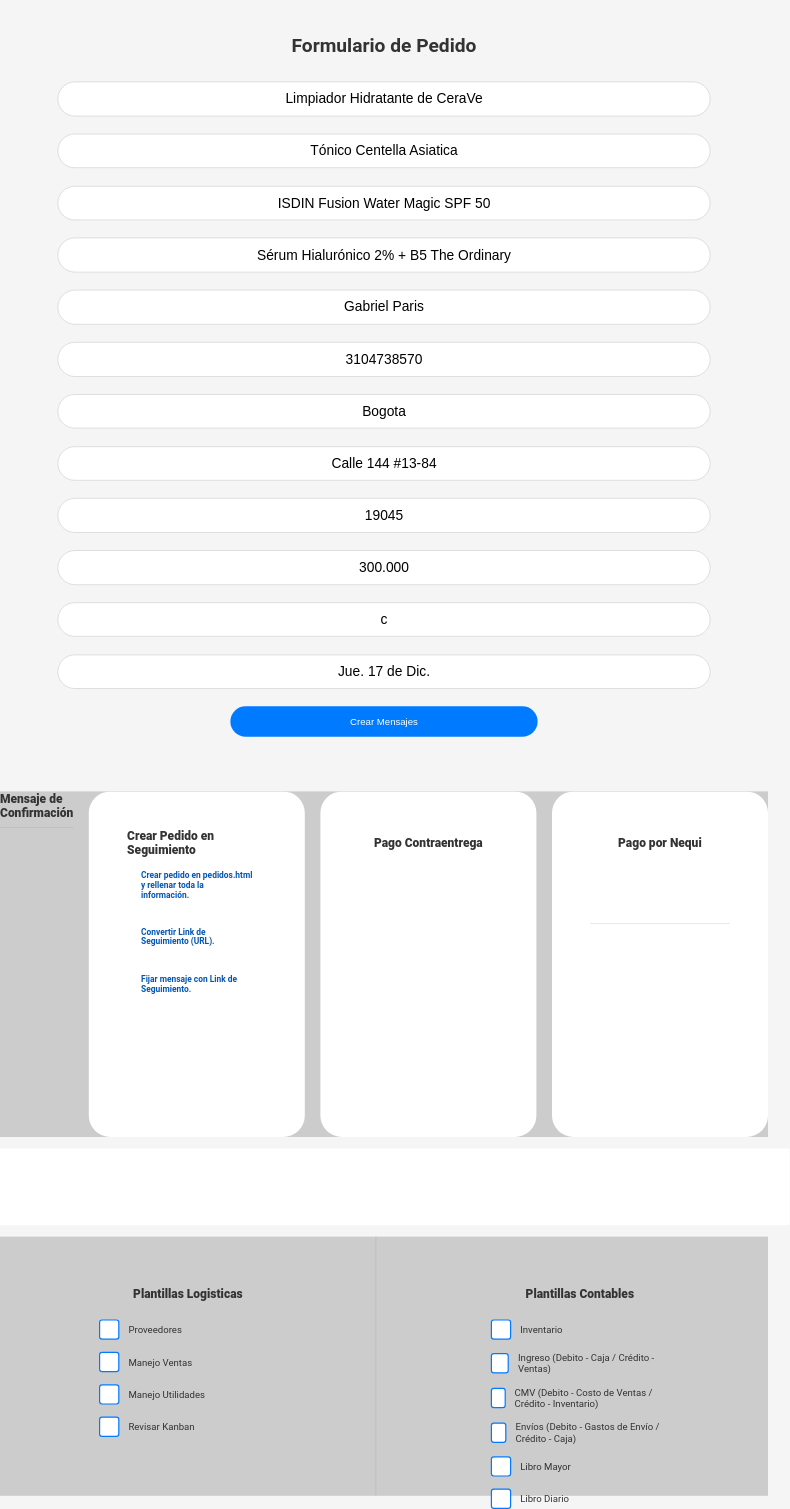
Repository: aCoupon0/intranet
Page: 1/venta-1.html
An editor plug-in stored every save of this project. The page is shown before and after the next save, followed by the edit.
The browser window is 1280 px wide. The page is 1316 px wide, so the pictures cover 1316 px, including what lies to the right of the window. The pictures show the whole page, at 60% of full size.

Above is the page before, as saved 2024-12-13 13:29:43.

After the next save:
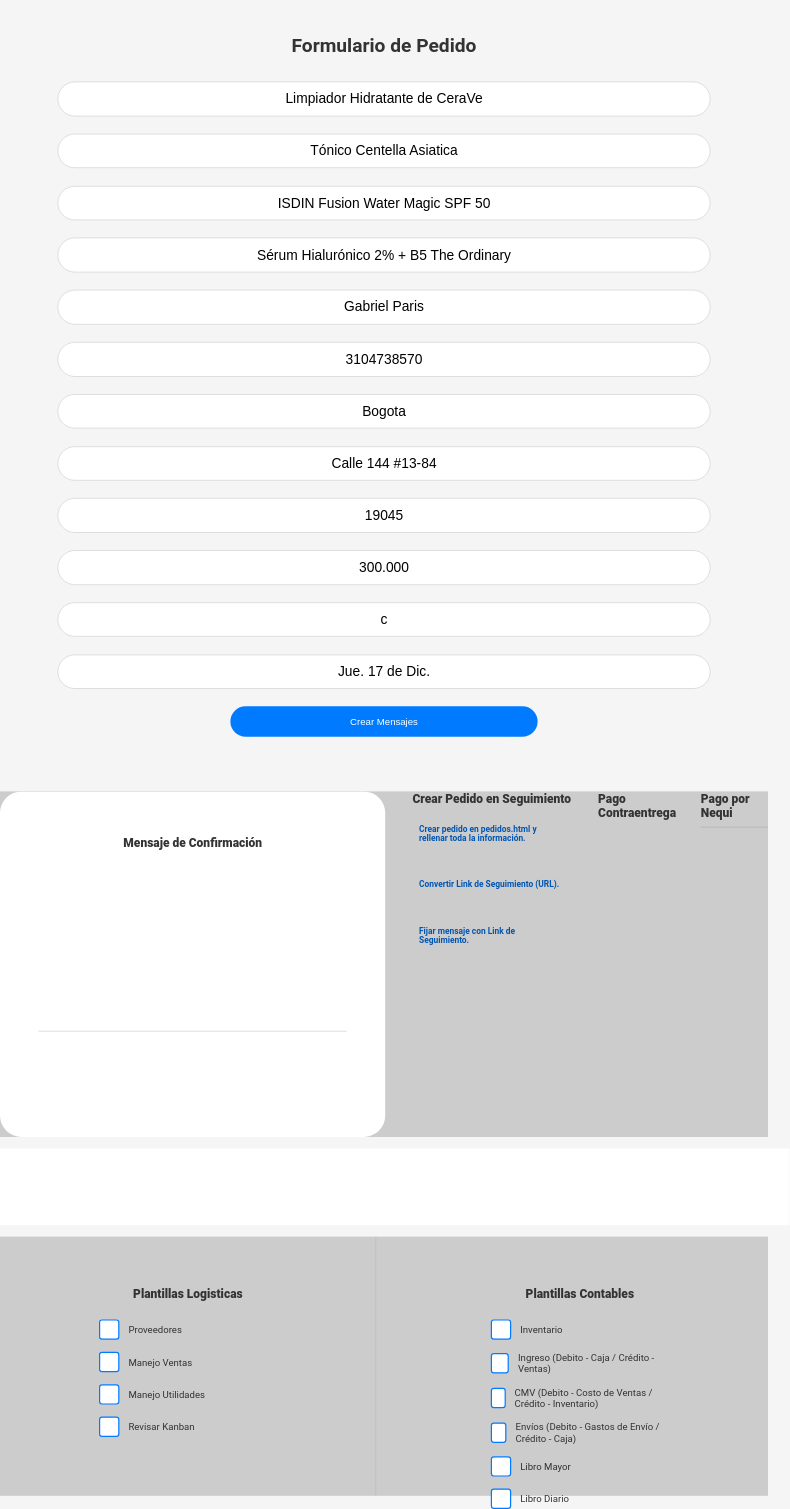
Saved 8 s later.
--- a/css/venta.css
+++ b/css/venta.css
@@ -61,7 +61,7 @@ input {
     padding: 0; /* Eliminar padding */
 }
 
-.section-dual {
+.section-step {
     width: 60vw; /* Ancho del 60% de la pantalla */
     height: 80vh;
     border-radius: 5vh;
